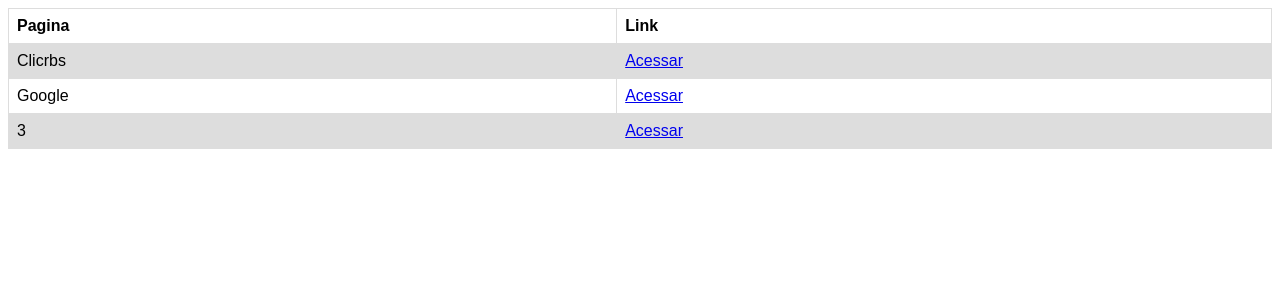
Repository: eduardocorreadesa/progweb
Page: Workspace/fj21-agenda/WebContent/cadastro.html
The author's editor kept a copy of each file at every save. The page is drawn from the files as they stood at one save, then again after the next save.
The browser window is 1280 px wide. The pictures show the whole page.

Above is the page before, as saved 2016-10-05 00:07:12.

After the next save:
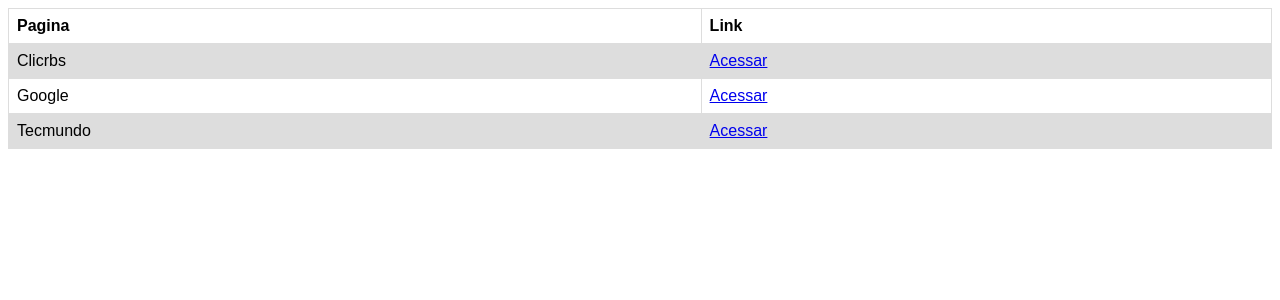
Saved 6 s later.
--- a/Workspace/fj21-agenda/WebContent/cadastro.html
+++ b/Workspace/fj21-agenda/WebContent/cadastro.html
@@ -40,7 +40,7 @@
 				href="htt://google.com">Acessar</a></td>
 		</tr>
 		<tr>
-			<td>3</td>
+			<td>Tecmundo</td>
 			<td><a
 				href="file:///Users/eduardocorreadesa/Documents/Unisul/9%20Fase/ExercicioHTML/pagina3">Acessar</a></td>
 		</tr>
